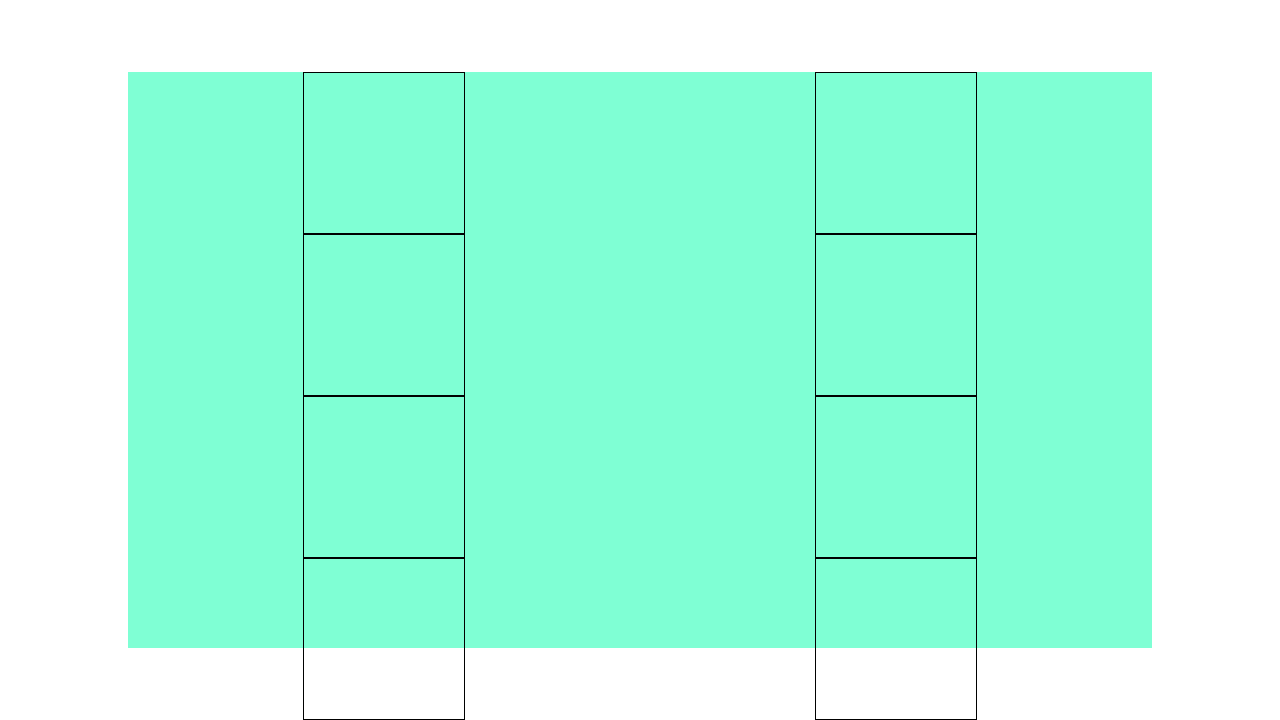
Repository: lidkaa/devTasks
Page: 0. Zadania Testowe/zadania/FlexboxCentered.html
These files come from the project's save history. The page is drawn as it stood at one moment and after the next save; the edit follows.
The browser window is 1280 px wide. The pictures show the whole page.

Above is the page before, as saved 2022-01-31 13:22:10.

After the next save:
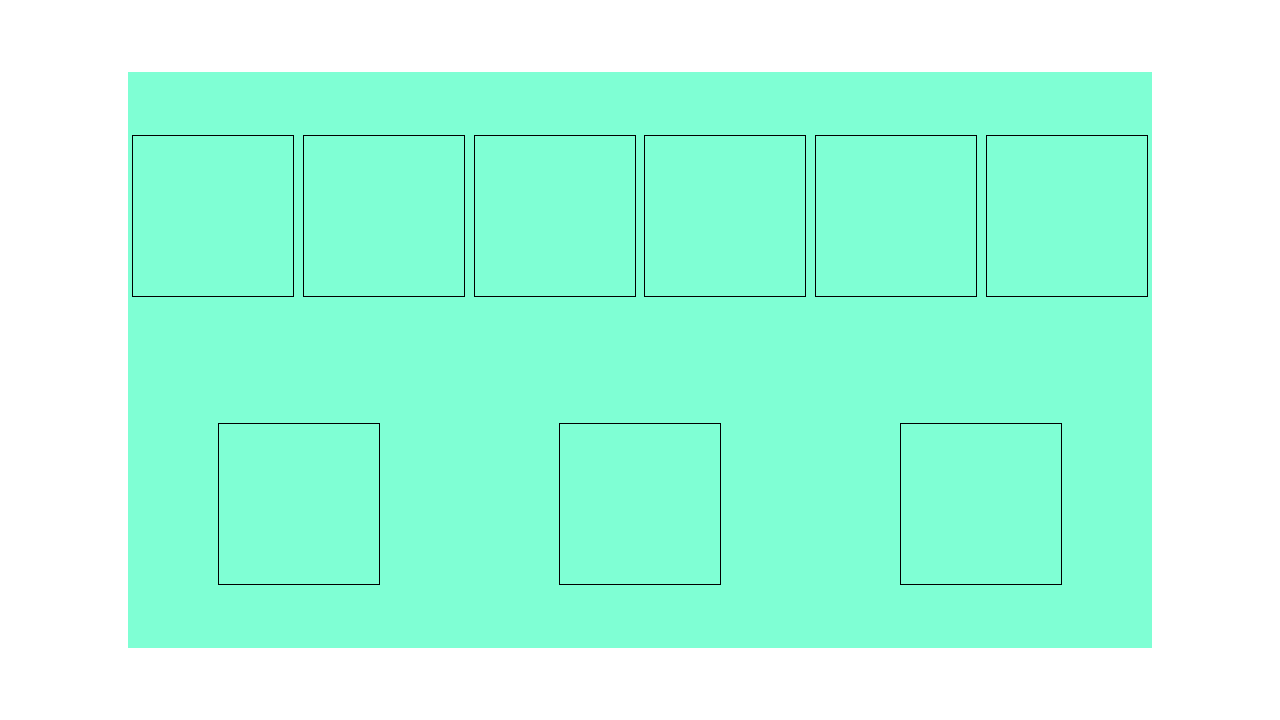
Saved 67 s later.
--- a/0. Zadania Testowe/zadania/flexboxcentered.css
+++ b/0. Zadania Testowe/zadania/flexboxcentered.css
@@ -28,5 +28,5 @@
     height: 10rem;
     width: 10rem;
     border: 1px solid black;
-    margin: 0 90px;
+    margin: 0 calc(90px-45px);
 }

After the save that followed:
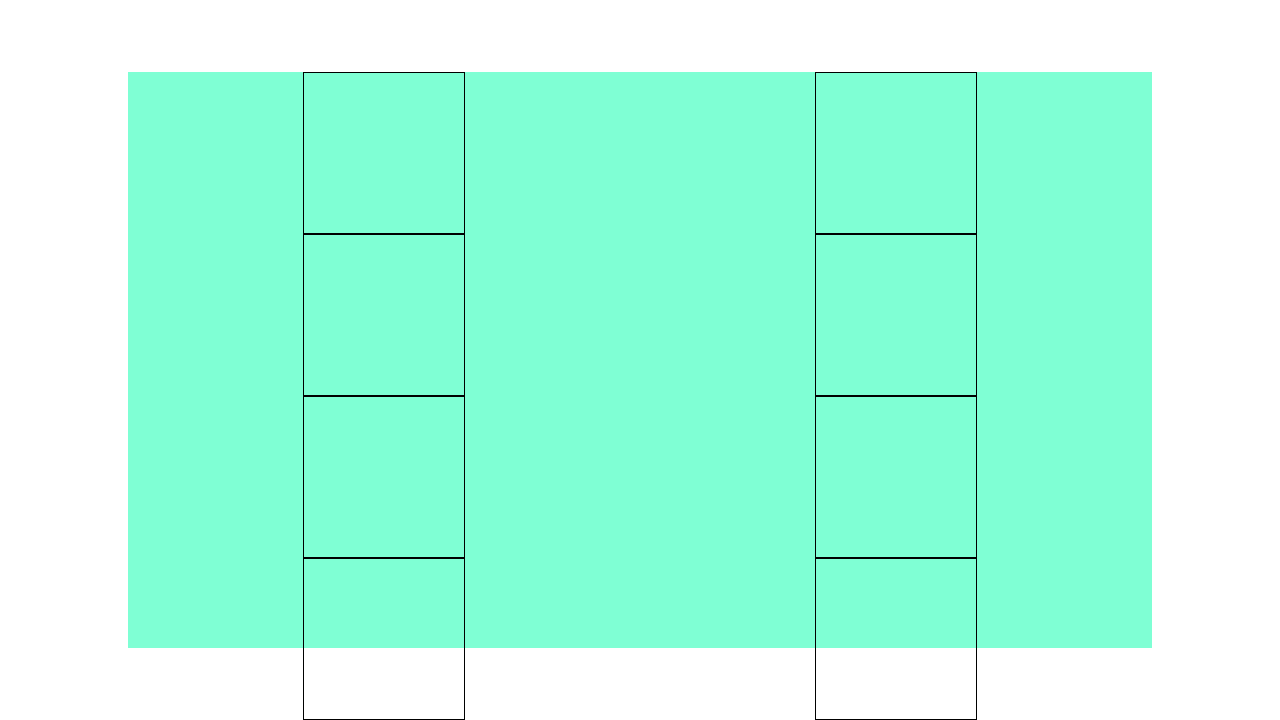
Saved 10 s later.
--- a/0. Zadania Testowe/zadania/flexboxcentered.css
+++ b/0. Zadania Testowe/zadania/flexboxcentered.css
@@ -28,5 +28,5 @@
     height: 10rem;
     width: 10rem;
     border: 1px solid black;
-    margin: 0 calc(90px-45px);
+    margin: 0 90px;
 }
